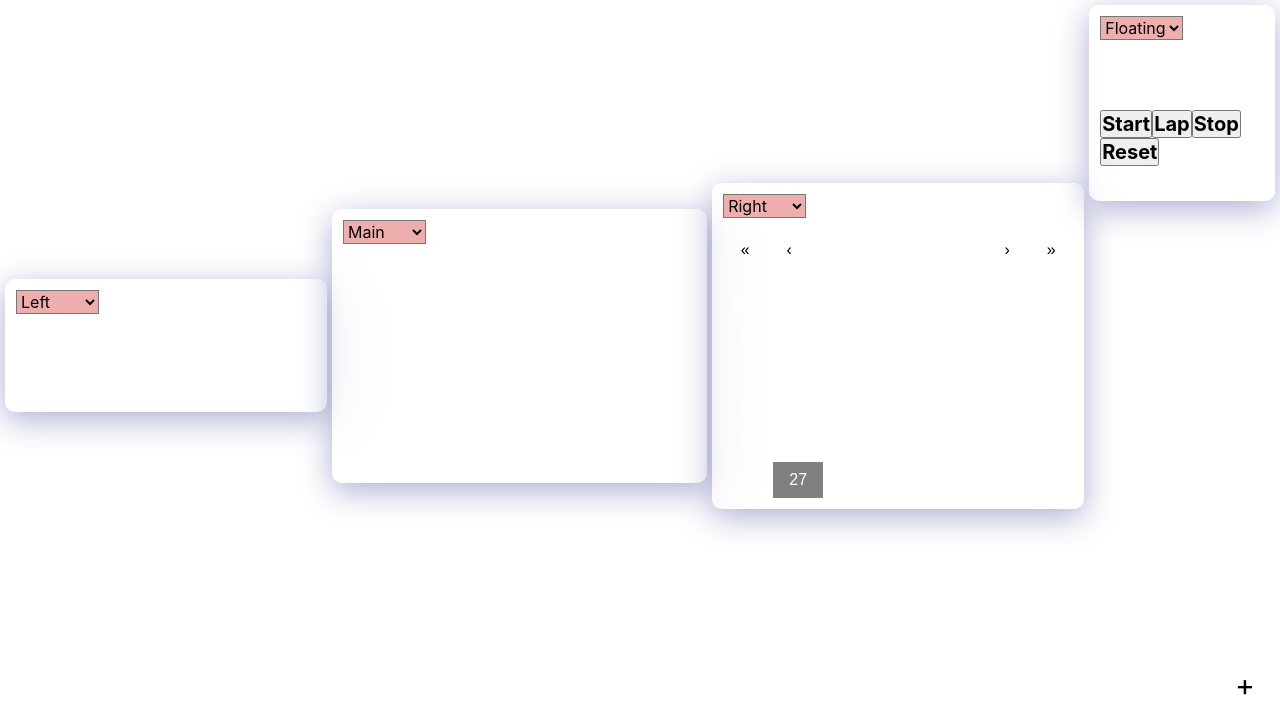
Repository: Angera-Silas/Planner-app
Page: /
These files come from the project's save history. The page is drawn as it stood at one moment and after the next save; the edit follows.
The browser window is 1280 px wide. The pictures show the whole page.
The project was rebuilt for these pictures with package versions that can differ from the ones it lists, and the page was loaded fresh each time. Also part of the build but not shown: src/widgets/ReminderListWidget.js, src/modals/WidgetGalleryModal.js.

Above is the page before, as saved 2023-06-27 18:22:49.

### src/index.css
body {
  margin: 0;
  font-family: -apple-system, BlinkMacSystemFont, 'Segoe UI', 'Roboto', 'Oxygen',
    'Ubuntu', 'Cantarell', 'Fira Sans', 'Droid Sans', 'Helvetica Neue',
    sans-serif;
  -webkit-font-smoothing: antialiased;
  -moz-osx-font-smoothing: grayscale;
}

code {
  font-family: source-code-pro, Menlo, Monaco, Consolas, 'Courier New',
    monospace;
}
*,
*::before,
*::after {
 box-sizing: border-box;
}

img,
svg,
video,
canvas,
audio,
iframe,
embed,
object {
 display: block;
 max-width: 100%;
}

input,
button,
textarea,
select {
 font: inherit;
 color: black;
}

* {
 margin: 0;
 padding: 0;
 box-sizing: border-box;
 font: inherit;
 color: white;
}

/* width */
::-webkit-scrollbar {
 width: 10px;
}

/* Track */
::-webkit-scrollbar-track {
 background: #363636;
}

/* Handle */
::-webkit-scrollbar-thumb {
 background: #777;
}

/* Handle on hover */
::-webkit-scrollbar-thumb:hover {
 background: #1e1e1e;
}

### src/App.js
import React, { useState } from 'react';
import './App.css';
import ClockWidget from './widgets/ClockWidget';
import WidgetGalleryModal from './modals/WidgetGalleryModal';
import Draggable from 'react-draggable';
import TimerWidget from './widgets/TimerWidget';
import CalendarWidget from './widgets/CalendarWidget';
import MyCustomWidget from './widgets/MyCustomWidget';

function App() {
 const [widgets, setWidgets] = useState([
  { id: new Date().getTime(), component: <ClockWidget />, area: 'main-widget', name: "Date and Time" },
  { id: new Date().getTime() + 2, component: <CalendarWidget />, area: 'right-widget', name: "Calendar" },
  { id: new Date().getTime() + 1, component: <TimerWidget />, area: 'left-widget', name:"Timer" },
  { id: new Date().getTime(), component: <MyCustomWidget/>,area:'center-widget',name:"Stopwatch"},
 ])
 const [showWidgetModal, setShowWidgetModal] = useState(false)
 const [selectedWidgetArea, setSelectedWidgetArea] = useState('')

 const removeWidget = (index) => {
  try {
   setWidgets(widgets.filter(widget => widget.id !== index))
  } catch (error) {
   console.log(error)
  }
 }

 return (
  <>
   {showWidgetModal && <WidgetGalleryModal setShowWidgetModal={setShowWidgetModal} selectedWidgetArea={selectedWidgetArea} widgets={widgets} setWidgets={setWidgets} />}
   <div className="add-button"
    onClick={() => {
     console.log('add button clicked')
     setShowWidgetModal(true)
     setSelectedWidgetArea('none-widget')
    }}
   >
    <p
     className='add-widget-button'
     style={{ background: "none", border: "none", color: "black", fontSize: "30px", cursor: "pointer", backgroundColor: "white", borderRadius: "50%", width: "50px", display: "flex", justifyContent: "center", alignItems: "center", height: "50px", position: "fixed", bottom: "10px", right: "10px" }}
    >+</p>
   </div>
   <div className='none-widget' >
    {widgets.length > 0 && widgets.map((widget, index) => {
     if (widget.area === 'none-widget') {
      return (
       <Draggable>
            <div style={{ padding: 10,}} className='widget-container' >
             <div style={{ marginBottom: 10 }}>
              <select value={widget.area}
               onChange={(e) => {
                let widgetList = [...widgets]
                widgetList[index].area = e.target.value
                setWidgets(widgetList)
               }}
              >
               <option value="none-widget">Floating</option>
               <option value="left-widget">Left</option>
               <option value="main-widget">Main</option>
               <option value="right-widget">Right</option>
              </select>
              <button
               onClick={() => {
                removeWidget(widget.id)
               }}
               style={{ background: "none", border: "none", color: "white", fontSize: "15px", cursor: "pointer", float: "right" }}
              >Close</button>
             </div>
             {widget.component}
            </div>
       </Draggable>
      )
     }
    })}
   </div>
   <div className="App">
    <div className="container">
     <div className='left-widget'>
      {widgets.length > 0 && widgets.map((widget, index) => {
       if (widget.area === 'left-widget') {
        return (
         <div style={{ padding: 10,}} className='widget-container'>
          <div style={{ marginBottom: 10 }}>
           <select value={widget.area}
            onChange={(e) => {
             let widgetList = [...widgets]
             widgetList[index].area = e.target.value
             setWidgets(widgetList)
            }}
           >
            <option value="none-widget">Floating</option>
            <option value="left-widget">Left</option>
            <option value="main-widget">Main</option>
            <option value="right-widget">Right</option>
           </select>
           <button
            onClick={() => {
             removeWidget(widget.id)
            }}
            style={{ background: "none", border: "none", color: "white", fontSize: "15px", cursor: "pointer", float: "right" }}
           >Close</button>
          </div>
          {widget.component}
         </div>
        )
       }
      })}
      {widgets.filter(widget => widget.area === 'left-widget').length < 3 && widgets.filter(widget => widget.area === 'left-widget').length > 0 &&
       <button
        className='add-widget-button'
        onClick={() => {
         setShowWidgetModal(true)
         setSelectedWidgetArea('left-widget')
        }}>+ Add Widget</button>
      }
     </div>
     <div className='main-widget'>
      {widgets.length > 0 && widgets.map((widget, index) => {
       if (widget.area === 'main-widget') {
        return (
         <div style={{ padding: 10,}} className='widget-container' >
          <div style={{ marginBottom: 10 }}>
           <select value={widget.area}
            onChange={(e) => {
             let widgetList = [...widgets]
             widgetList[index].area = e.target.value
             setWidgets(widgetList)
            }}
           >
            <option value="none-widget">Floating</option>
            <option value="left-widget">Left</option>
            <option value="main-widget">Main</option>
            <option value="right-widget">Right</option>
           </select>
           <button
            onClick={() => {
             removeWidget(widget.id)
            }}
            style={{ background: "none", border: "none", color: "white", fontSize: "15px", cursor: "pointer", float: "right" }}
           >Close</button>
          </div>
          {widget.component}
         </div>
        )
       }
      })}
      {widgets.filter(widget => widget.area === 'main-widget').length < 2 &&
       <button
        className='add-widget-button'
        onClick={() => {
         setShowWidgetModal(true)
         setSelectedWidgetArea('main-widget')
        }}>+ Add Widget</button>
      }
     </div>
     <div className='right-widget'>
      {widgets.length > 0 && widgets.map((widget, index) => {
       if (widget.area === 'right-widget') {
        return (
         <div style={{ padding: 10,}} className='widget-container'>
          <div style={{ marginBottom: 10 }}>
           <select value={widget.area}
            onChange={(e) => {
             let widgetList = [...widgets]
             widgetList[index].area = e.target.value
             setWidgets(widgetList)
            }}
           >
            <option value="none-widget">Floating</option>
            <option value="left-widget">Left</option>
            <option value="main-widget">Main</option>
            <option value="right-widget">Right</option>
           </select>
           <button
            onClick={() => {
             removeWidget(widget.id)
            }}
            style={{ background: "none", border: "none", color: "white", fontSize: "15px", cursor: "pointer", float: "right" }}
           >Close</button>
          </div>
          {widget.component}
         </div>
        )
       }
      })}
      {widgets.filter(widget => widget.area === 'right-widget').length < 3 && widgets.filter(widget => widget.area === 'right-widget').length > 0 &&
       <button
        className='add-widget-button'
        onClick={() => {
         setShowWidgetModal(true)
         setSelectedWidgetArea('right-widget')
        }}>+ Add Widget</button>
      }
     </div>
     <div className='center-widget'>
      {widgets.length > 0 && widgets.map((widget, index) => {
       if (widget.area === 'center-widget') {
        return (
         <div style={{ padding: 10,}} className='widget-container' >
          <div style={{ marginBottom: 10 }}>
           <select value={widget.area}
            onChange={(e) => {
             let widgetList = [...widgets]
             widgetList[index].area = e.target.value
             setWidgets(widgetList)
            }}
           >
            <option value="none-widget">Floating</option>
            <option value="left-widget">Left</option>
            <option value="main-widget">Main</option>
            <option value="right-widget">Right</option>
           </select>
           <button
            onClick={() => {
             removeWidget(widget.id)
            }}
            style={{ background: "none", border: "none", color: "white", fontSize: "10px", cursor: "pointer", float: "right" }}
           >Close</button>
          </div>
          {widget.component}
         </div>
        )
       }
      })}
      {widgets.filter(widget => widget.area === 'center-widget').length < 2 &&
       <button
        className='add-widget-button'
        onClick={() => {
         setShowWidgetModal(true)
         setSelectedWidgetArea('center-widget')
        }}>+ Add Widget</button>
      }
     </div>
    </div>
   </div>
  </>
 )
}

export default App;

### src/App.css
.App {
  background: url("background.jpg"),;
  height: 100vh;
  display: flex;
  justify-content: flex-start;
  align-items: center;
  width: 100%;

}

.container {
  display: flex;
  flex-direction: row;
  align-items: flex-start;
  justify-content: space-between;
  gap: 5px;
  width: 100%;
  padding: 5px;
  max-height: 100vh;
  height: 100%;

}

.item {
  background-color: rgba(255, 255, 255, 0.8);
  border: 1px solid rgba(0, 0, 0);
  padding: 20px;
  font-size: 30px;
  text-align: center;
}

.time {
  font-size: 80px;
  color: white;
  text-align: center;
}

.date {
  font-size: 20px;
  color: white;
  text-align: center;
  font-weight: bold;
}

.add-widget-button {
  background-color: transparent;
  color: white;
  border: none;
  font-size: 15px;
  text-align: center;
  cursor: pointer;
}

.add-widget-button:hover {
  color: #1e1e1e;
}

.right-widget,
.left-widget,
.main-widget {
  display: flex;
  justify-content: center;
  align-items: center;
  flex-direction: column;
  gap: 10px;
  height: 100%;
  max-width: 500px;
}

.none-widget {
  position: fixed;
  /* height: 100vh;
  width: 100vw; */
  top: 0px;
  left: 0px;
}

select {
 background-color: #efaeae;
}

/* Modal */
.modal {
  position: fixed;
  z-index: 1;
  padding-top: 100px;
  left: 0;
  top: 0;
  width: 100vw;
  height: 100vh;
  overflow: auto;
  background-color: rgb(0, 0, 0, 0.4);
}

.modal-content {
  background-color: #183A37;
  margin: auto;
  padding: 20px;
  width: 50%;
  max-height: 50vh;
  overflow: scroll;
}

.modal-header {
  display: flex;
  justify-content: space-between;
  align-items: flex-start;
}

.modal-header h2 {
  color: white;
  font-weight: bold;
  font-size: 25px;
}

.row {
  display: flex;
  justify-content: space-between;
  align-items: center;
  gap: 10px;
}

.widget-gallery-item {
  color: black;
  border: 1px solid white;
  padding: 10px;
  margin-bottom: 10px;
}

.text-input {
  outline: none;
  border: none;
  border-bottom: 1px solid white;
  width: 100%;
  background-color: transparent;
  color: white;
  font-size: 20px;
  margin-top: 10px;
  padding-bottom: 3px;
}

.widget-container {
  background: rgba(255, 255, 255, 0.3);
  box-shadow: 0 8px 32px 0 rgba(31, 38, 135, 0.37);
  backdrop-filter: blur(20px);
  -webkit-backdrop-filter: blur(20px);
  border-radius: 10px;
  border: 1px solid rgba(255, 255, 255, 0.18);

}

.widget-gallery-item-name{
  font-size: 20px;
  font-weight: bold;
  margin-bottom: 10px;
}
.stopwatch {
 width: 100%;
 font-size: 20px;
 color: white;
 font-weight: bold;
}

### src/widgets/ClockWidget.js
import React, { useEffect, useState } from 'react'

export default function ClockWidget() {
  const [time, setTime] = useState(new Date().toLocaleTimeString())
  const [date, setDate] = useState(new Date())
  useEffect(() => {
    const interval = setInterval(() => {
      setTime(new Date().toLocaleTimeString())
      setDate(new Date())
    }, 1000)
    return () => clearInterval(interval)
  }, [])

  const tidyDate = (date) => {
    const dateArray = date
    const day = dateArray.getDay()
    const dateNumber = dateArray.getDate()
    const month = dateArray.getMonth() + 1
    const year = dateArray.getFullYear()

    const days = ['Sunday', 'Monday', 'Tuesday', 'Wednesday', 'Thursday', 'Friday', 'Saturday']
    const months = ['January', 'February', 'March', 'April', 'May', 'June', 'July', 'August', 'September', 'October', 'November', 'December']

    return `${days[day]}, ${dateNumber} ${months[month - 1]} ${year}`

  }

  return (
    <div>
      <p className='time'>{time}</p>
      <p className='date'>{tidyDate(date)}</p>
    </div>
  )
}

### src/widgets/TimerWidget.js
import React, { useEffect, useState } from 'react'

export default function TimerWidget() {
  const [timerListData, setTimerListData] = useState({
    time: 0,
    isRunning: false,
  })

  const tidyTime = (time) => {
    let hours = Math.floor(time / 3600)
    let minutes = Math.floor((time - (hours * 3600)) / 60)
    let seconds = time - (hours * 3600) - (minutes * 60)

    if (hours < 10) { hours = "0" + hours }
    if (minutes < 10) { minutes = "0" + minutes }
    if (seconds < 10) { seconds = "0" + seconds }

    return hours + ':' + minutes + ':' + seconds
  }

  useEffect(() => {
    // timer logic
    let interval = null
    if (timerListData.isRunning && timerListData.time > 0) {
      interval = setInterval(() => {
        setTimerListData({
          ...timerListData,
          time: parseInt(timerListData.time) - 1,
        })
      }, 1000)
    } else if (!timerListData.isRunning && timerListData.time !== 0) {
      setTimerListData({
        ...timerListData,
        isRunning: false,
      })
      clearInterval(interval)
    } else if (timerListData.isRunning && timerListData.time === 0) {
      setTimerListData({
        ...timerListData,
        isRunning: false,
      })
      clearInterval(interval)
      alert('Timer is up!')
    }

      return () => clearInterval(interval)
  }, [timerListData.isRunning, timerListData.time])

  return (
    <div style={{ minWidth: 300 }}>
      <div style={{ display: "flex", justifyContent: "space-between", alignItems: "row" }}>
        <p>Timer</p>
      </div>
      <div className='timer-container'>
        <div className='timer-display'>
          {timerListData.isRunning ?
            <p style={{ textAlign: "center", fontWeight: "bold", fontSize: 20 }}>{tidyTime(timerListData.time)}</p>
            :
            <input type="text" className='text-input' value={timerListData.time} onChange={(e) => {
              setTimerListData({
                ...timerListData,
                time: e.target.value,
              })
            }} />
          }
        </div>
        <div className='timer-controls' style={{ display: "flex", justifyContent: "space-between", alignItems: "center", }}>
          <button
            style={{
              background: "none",
              border: "none",
              color: "white",
              fontSize: "15px",
              cursor: "pointer",
            }}
            onClick={() => {
              setTimerListData({
                ...timerListData,
                isRunning: !timerListData.isRunning,
              })
            }}
          >{timerListData.isRunning ? 'Stop' : 'Start'}</button>
          <button
            style={{
              background: "none",
              border: "none",
              color: "white",
              fontSize: "15px",
              cursor: "pointer",
            }}
            onClick={() => {
              setTimerListData({
                ...timerListData,
                time: 0,
              })
            }}
          >Reset</button>
        </div>
      </div>
    </div>
  )
}

### src/widgets/MyCustomWidget.js
import React, { useEffect, useState } from 'react';
import { BsStopwatch } from 'react-icons/bs'

export default function MyCustomWidget() {
   const [stopwatchData, setStopwatchData] = useState([
  { id: 0, name: "Timer 1", time: 0, isRunning: false, lap: [], time_started: 0, pause: [] },
 ])
 const [selectedRow, setSelectedRow] = useState(0)

 useEffect(() => {
  const interval = setInterval(() => {
   setStopwatchData(stopwatchData.map((stopwatch) => {
    if (stopwatch.isRunning) {
     return { ...stopwatch, time: new Date() - stopwatch.time_started - stopwatch.pause.reduce((a, b) => a + b, 0) }
    }
    return stopwatch
   }))
  }, 10)
  return () => clearInterval(interval)
 }, [stopwatchData])
 const handleStart = (id) => {
  setStopwatchData(stopwatchData.map((stopwatch) => {
   if (stopwatch.id === id) {
    return { ...stopwatch, isRunning: true, time_started: new Date() - stopwatch.time - stopwatch.pause.reduce((a, b) => a + b, 0) }
   }
   return stopwatch
  }))
 }

 const handleStop = (id) => {
  setStopwatchData(stopwatchData.map((stopwatch) => {
   if (stopwatch.id === id) {
    return { ...stopwatch, isRunning: false, pause: [...stopwatch.pause, new Date() - stopwatch.time_started - stopwatch.pause.reduce((a, b) => a + b, 0)] }
   }
   return stopwatch
  }))
 }

 const handleReset = (id) => {
  setStopwatchData(stopwatchData.map((stopwatch) => {
   if (stopwatch.id === id) {
    return { ...stopwatch, time: 0, isRunning: false, lap: [] }
   }
   return stopwatch
  }))
 }

 const handleLap = (id) => {
  setStopwatchData(stopwatchData.map((stopwatch) => {
   if (stopwatch.id === id) {
    return { ...stopwatch, lap: [...stopwatch.lap, stopwatch.time] }
   }
   return stopwatch
  }))
 }
  return (
    <div className='stopwatch'>
      <div style={{ display: "flex", alignItems: "center", flexDirection: "row", justifyContent: "space-between", width: "100%" }}>
      <div style={{ textAlign: "left" }}>
       <h1 style={{ fontWeight: "bold", fontSize: 30 }}>Stopwatch</h1>
      </div>
     </div>

     <p className='main-time-label'>{stopwatchData[selectedRow]?.time > 0 ? new Date(stopwatchData[selectedRow]?.time).toISOString().slice(11, -1) : "00:00:00.000"}</p>
     <div className="main-button-controls">
      <button className={"control-buttons"} onClick={() => handleStart(stopwatchData[selectedRow].id)}>Start</button>
      <button className={"control-buttons"} onClick={() => handleLap(stopwatchData[selectedRow].id)}>Lap</button>
      <button className={"control-buttons"} onClick={() => handleStop(stopwatchData[selectedRow].id)}>Stop</button>
      <button className={"control-buttons"} onClick={() => handleReset(stopwatchData[selectedRow].id)}>Reset</button>
     </div>
     <p className='lap-label'>Laps</p>
     <div className='lap-container'>
      {stopwatchData[selectedRow]?.lap.length > 0 && stopwatchData[selectedRow]?.lap.map((lap, index) => (
       <div style={{ display: "flex", justifyContent: "space-between", width: "500px" }}>
        <p>Lap {index + 1}</p>
        <p className='lap-time-label' key={index}>{new Date(lap).toISOString().slice(11, -1)}</p>
       </div>
      ))}
     </div>
    </div>
  )
}

### src/styles/styles.css
.react-calendar {
  width: 350px;
  max-width: 100%;
  background: transparent;
  font-family: Arial, Helvetica, sans-serif;
  line-height: 1.125em;
}

.react-calendar--doubleView {
  width: 700px;
}

.react-calendar--doubleView .react-calendar__viewContainer {
  display: flex;
  margin: -0.5em;
}

.react-calendar--doubleView .react-calendar__viewContainer > * {
  width: 50%;
  margin: 0.5em;
}

.react-calendar,
.react-calendar *,
.react-calendar *:before,
.react-calendar *:after {
  -moz-box-sizing: border-box;
  -webkit-box-sizing: border-box;
  box-sizing: border-box;
}

.react-calendar button {
  margin: 0;
  border: 0;
  outline: none;
}

.react-calendar button:enabled:hover {
  cursor: pointer;
}

.react-calendar__navigation {
  display: flex;
  height: 44px;
  margin-bottom: 1em;
}

.react-calendar__navigation button {
  min-width: 44px;
  background: none;
}

.react-calendar__navigation button:disabled {
  background-color: #f0f0f0;
}

.react-calendar__navigation button:enabled:hover,
.react-calendar__navigation button:enabled:focus {
  background-color: #e6e6e6;
}

.react-calendar__month-view__weekdays {
  text-align: center;
  text-transform: uppercase;
  font-weight: bold;
  font-size: 0.75em;
}

.react-calendar__month-view__weekdays__weekday {
  padding: 0.5em;
}

.react-calendar__month-view__weekNumbers .react-calendar__tile {
  display: flex;
  align-items: center;
  justify-content: center;
  font-size: 0.75em;
  font-weight: bold;
}

.react-calendar__month-view__days__day--weekend {
  color: #d10000;
}

.react-calendar__month-view__days__day--neighboringMonth {
  color: #757575;
}

.react-calendar__year-view .react-calendar__tile,
.react-calendar__decade-view .react-calendar__tile,
.react-calendar__century-view .react-calendar__tile {
  padding: 2em 0.5em;
}

.react-calendar__tile {
  max-width: 100%;
  padding: 10px 6.6667px;
  background: none;
  text-align: center;
  line-height: 16px;
}

.react-calendar__tile:disabled {
  background-color: #f0f0f0;
}

.react-calendar__tile:enabled:hover,
.react-calendar__tile:enabled:focus {
  background-color: #e6e6e6;
}

.react-calendar__tile--now {
  background: gray;
}

.react-calendar__tile--now:enabled:hover,
.react-calendar__tile--now:enabled:focus {
  background: gray;
}

.react-calendar__tile--hasActive {
  background: #76baff;
}

.react-calendar__tile--hasActive:enabled:hover,
.react-calendar__tile--hasActive:enabled:focus {
  background: #a9d4ff;
}

.react-calendar__tile--active {
  background: #006edc;
  color: white;
}

.react-calendar__tile--active:enabled:hover,
.react-calendar__tile--active:enabled:focus {
  background: #1087ff;
}

.react-calendar--selectRange .react-calendar__tile--hover {
  background-color: #e6e6e6;
}

Loaded but not shown: public/index.html (common file); src/index.js (common file); src/reportWebVitals.js (common file); src/widgets/CalendarWidget.js (common file)

After the next save:
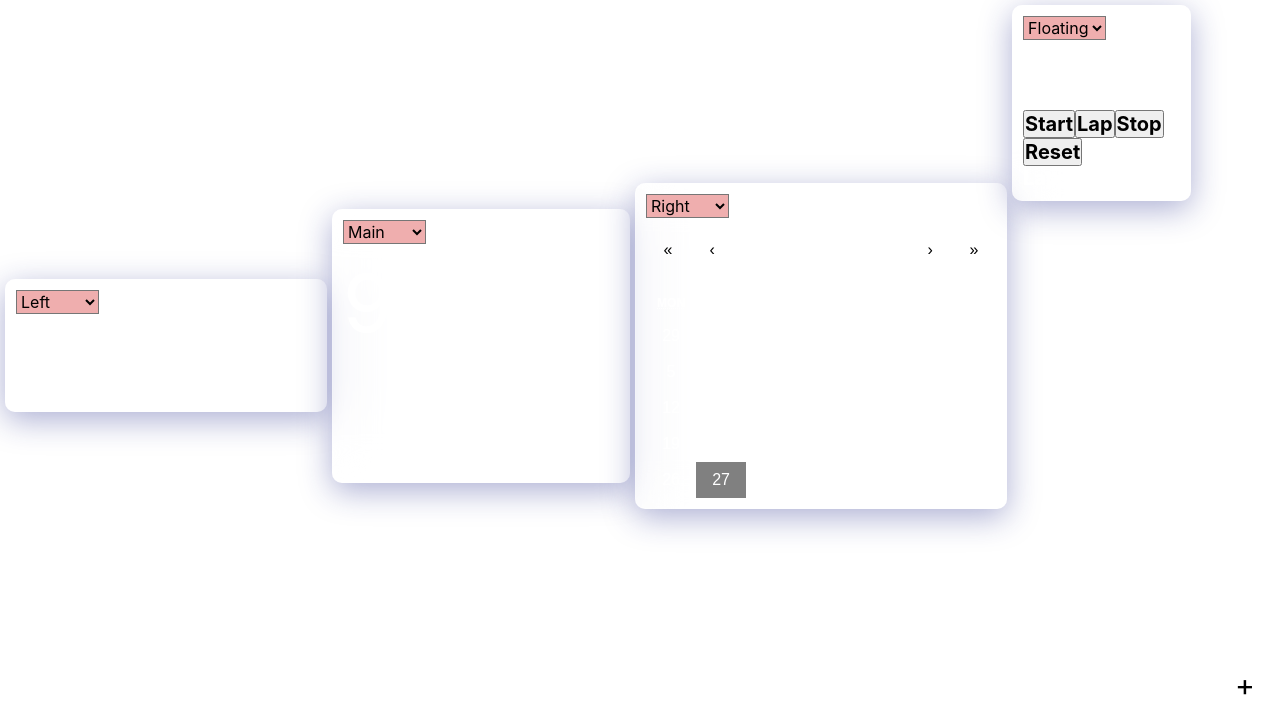
Saved 26 s later.
--- a/src/App.css
+++ b/src/App.css
@@ -14,7 +14,7 @@
   align-items: flex-start;
   justify-content: space-between;
   gap: 5px;
-  width: 100%;
+  width: 100vh;
   padding: 5px;
   max-height: 100vh;
   height: 100%;
